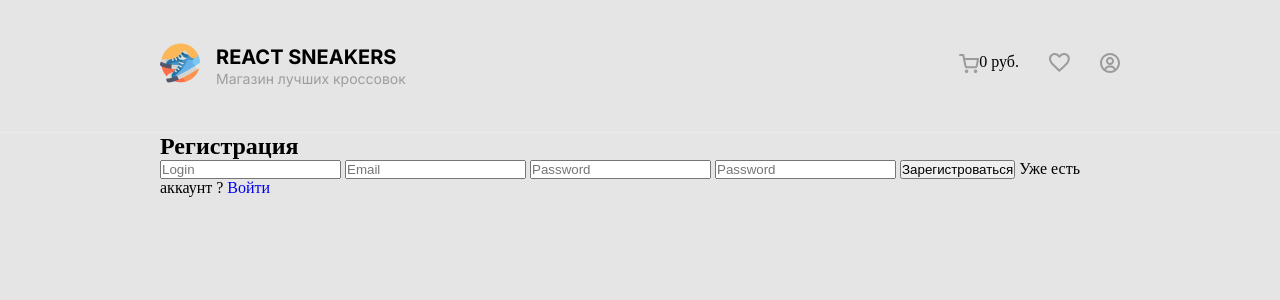
Repository: maxbirimkulov/sneakers20
Page: src/pages/register.html
An editor plug-in stored every save of this project. The page is shown before and after the next save, followed by the edit.
The browser window is 1280 px wide. The pictures show the whole page.
The style sheet was rebuilt from its Sass, Less or Tailwind sources for each picture, by a compiler version that may differ from the author's.

Above is the page before, as saved 2022-11-12 20:40:15.

### src/pages/register.html
<!DOCTYPE html>
<html lang="en">
  <head>
    <meta charset="UTF-8" />
    <meta
      name="viewport"
      content="width=device-width, user-scalable=no, initial-scale=1.0, maximum-scale=1.0, minimum-scale=1.0"
    />
    <meta http-equiv="X-UA-Compatible" content="ie=edge" />
    <title>Document</title>
    <link rel="stylesheet" href="../css/style.css" />
  </head>
  <body>
    <div class="floor">
      <header class="header">
        <div class="container">
          <nav class="header__nav">
            <div class="header__logo">
              <img
                src="../images/mainLogo.png"
                alt="Logo"
                class="header__logo-img"
              />
              <div class="header__logo-text">
                <h1 class="header__logo-title">
                  <a href="../../index.html" class="header__logo-title-link"
                    >react sneakers</a
                  >
                </h1>
                <p class="header__logo-subtitle">
                  <a href="../../index.html" class="header__logo-subtitle"
                    >Магазин лучших кроссовок</a
                  >
                </p>
              </div>
            </div>
            <div class="header__links">
              <p class="header__links-basket">
                <span class="header__links-basket-logo"
                  ><svg
                    width="20"
                    height="20"
                    viewBox="0 0 20 20"
                    fill="none"
                    xmlns="http://www.w3.org/2000/svg"
                  >
                    <path
                      d="M7.54548 18.1818C7.99735 18.1818 8.36366 17.8155 8.36366 17.3636C8.36366 16.9118 7.99735 16.5455 7.54548 16.5455C7.09361 16.5455 6.72729 16.9118 6.72729 17.3636C6.72729 17.8155 7.09361 18.1818 7.54548 18.1818Z"
                      stroke="#9B9B9B"
                      stroke-width="2"
                      stroke-linecap="round"
                      stroke-linejoin="round"
                    />
                    <path
                      d="M16.5455 18.1818C16.9973 18.1818 17.3637 17.8155 17.3637 17.3636C17.3637 16.9118 16.9973 16.5455 16.5455 16.5455C16.0936 16.5455 15.7273 16.9118 15.7273 17.3636C15.7273 17.8155 16.0936 18.1818 16.5455 18.1818Z"
                      stroke="#9B9B9B"
                      stroke-width="2"
                      stroke-linecap="round"
                      stroke-linejoin="round"
                    />
                    <path
                      d="M1 1H4.27273L6.46545 11.9555C6.54027 12.3321 6.7452 12.6705 7.04436 12.9113C7.34351 13.1522 7.71784 13.2801 8.10182 13.2727H16.0545C16.4385 13.2801 16.8129 13.1522 17.112 12.9113C17.4112 12.6705 17.6161 12.3321 17.6909 11.9555L19 5.09091H5.09091"
                      stroke="#9B9B9B"
                      stroke-width="2"
                      stroke-linecap="round"
                      stroke-linejoin="round"
                    />
                  </svg>
                </span>
              </p>

              <p class="header__links-basket-text">
                <span class="total">0</span> руб.
              </p>
              <a
                href="./src/pages/favorites.html"
                class="header__links-favorites"
                ><span class="header__links-favorites-logo"
                  ><svg
                    width="21"
                    height="19"
                    viewBox="0 0 21 19"
                    fill="none"
                    xmlns="http://www.w3.org/2000/svg"
                  >
                    <path
                      d="M15.1003 0C16.7293 0 18.0976 0.54932 19.2052 1.64796C20.3129 2.7466 20.8668 4.08759 20.8668 5.67092C20.8668 6.44643 20.7039 7.23002 20.3781 8.02169C20.0523 8.81335 19.6939 9.51616 19.303 10.1301C18.912 10.744 18.2523 11.5357 17.3238 12.5051C16.3953 13.4745 15.6134 14.2581 14.9781 14.8559C14.3428 15.4537 13.3248 16.3665 11.9239 17.5944L10.4089 18.9515L8.89403 17.6429C7.52572 16.3827 6.51577 15.4537 5.8642 14.8559C5.21262 14.2581 4.42258 13.4745 3.49408 12.5051C2.56559 11.5357 1.90586 10.744 1.51492 10.1301C1.12397 9.51616 0.773748 8.81335 0.464249 8.02169C0.15475 7.23002 0 6.44643 0 5.67092C0 4.08759 0.553841 2.7466 1.66152 1.64796C2.7692 0.54932 4.12123 0 5.71759 0C7.60717 0 9.17095 0.727041 10.4089 2.18112C11.6469 0.727041 13.2107 0 15.1003 0ZM10.5067 16.0918C12.1031 14.6701 13.2677 13.6118 14.0008 12.9171C14.7338 12.2224 15.5401 11.3903 16.4198 10.4209C17.2994 9.45153 17.9102 8.60332 18.2523 7.87628C18.5944 7.14924 18.7654 6.41412 18.7654 5.67092C18.7654 4.63691 18.4152 3.78061 17.7148 3.10204C17.0143 2.42347 16.1428 2.08418 15.1003 2.08418C14.3184 2.08418 13.5772 2.31037 12.8768 2.76276C12.1764 3.21514 11.6795 3.79677 11.3863 4.50765H9.43158C9.17095 3.79677 8.69041 3.21514 7.98997 2.76276C7.28952 2.31037 6.53206 2.08418 5.71759 2.08418C4.67507 2.08418 3.81173 2.42347 3.12757 3.10204C2.44342 3.78061 2.10134 4.63691 2.10134 5.67092C2.10134 6.41412 2.26423 7.14924 2.59002 7.87628C2.91581 8.60332 3.52666 9.45153 4.42258 10.4209C5.3185 11.3903 6.13297 12.2224 6.866 12.9171C7.59902 13.6118 8.74743 14.6701 10.3112 16.0918L10.4089 16.1888L10.5067 16.0918Z"
                      fill="#9B9B9B"
                    />
                  </svg> </span
              ></a>
              <a href="" class="header__links-user"
                ><span class="header__links-user-logo"
                  ><svg
                    width="20"
                    height="20"
                    viewBox="0 0 20 20"
                    fill="none"
                    xmlns="http://www.w3.org/2000/svg"
                  >
                    <path
                      fill-rule="evenodd"
                      clip-rule="evenodd"
                      d="M0 10C0 4.579 4.579 0 10 0C15.421 0 20 4.579 20 10C20 13.19 18.408 16.078 16 17.924V18H15.898C14.23 19.245 12.187 20 10 20C7.813 20 5.77 19.245 4.102 18H4V17.924C1.592 16.078 0 13.189 0 10ZM7.12347 15.236C6.59154 15.6639 6.22136 16.2604 6.074 16.927C7.242 17.604 8.584 18 10 18C11.416 18 12.758 17.604 13.926 16.927C13.7785 16.2605 13.4082 15.6641 12.8764 15.2362C12.3445 14.8083 11.6827 14.5744 11 14.573H9C8.3173 14.5742 7.6554 14.808 7.12347 15.236ZM13.7677 13.4117C14.5877 13.9574 15.2286 14.7329 15.61 15.641C17.077 14.182 18 12.176 18 10C18 5.663 14.337 2 10 2C5.663 2 2 5.663 2 10C2 12.176 2.923 14.182 4.39 15.641C4.77144 14.7329 5.41227 13.9574 6.23227 13.4117C7.05227 12.866 8.01501 12.5742 9 12.573H11C11.985 12.5742 12.9477 12.866 13.7677 13.4117ZM6 8C6 5.72 7.72 4 10 4C12.28 4 14 5.72 14 8C14 10.28 12.28 12 10 12C7.72 12 6 10.28 6 8ZM8 8C8 9.178 8.822 10 10 10C11.178 10 12 9.178 12 8C12 6.822 11.178 6 10 6C8.822 6 8 6.822 8 8Z"
                      fill="#9B9B9B"
                    />
                  </svg> </span
              ></a>
            </div>
          </nav>
        </div>
      </header>
      <div class="container">
        <form class="register">
          <h2 class="register__title">Регистрация</h2>
          <input class="register__input" type="text" placeholder="Login" />
          <input class="register__input" type="email" placeholder="Email" />
          <input
            class="register__input"
            type="password"
            placeholder="Password"
          />
          <input
            class="register__input"
            type="password"
            placeholder="Password"
          />
          <button type="submit" class="register__btn">Зарегистроваться</button>
          <span>Уже есть аккаунт ? <a href="./login.html">Войти</a></span>
        </form>
      </div>
    </div>

    <script type="module" src="../js/register.js"></script>
  </body>
</html>

### src/js/register.js
import {changeUser, getUserFromLocalStorage} from './user.js'

getUserFromLocalStorage()


let formRegister = document.querySelector('.register')
formRegister.addEventListener('submit', (e) =>{
    e.preventDefault()

    let userData = {
        login:e.target[0].value,
        email:e.target[1].value,
        password:e.target[2].value
    }

    fetch('http://localhost:8080/register', {
        method: "POST",
        headers: {
            'Content-Type':  'application/json'
        },
        body: JSON.stringify(userData)
    }).then((res) => res.json())
        .then((res) => {
            changeUser({
                ...res.user,
                token: res.accessToken
            })
        })
        .catch((err) => console.log(err))

})

### src/js/user.js



export let user = {
    login : "",
    email : ""
}

export const getUserFromLocalStorage = () => {
    if (localStorage.getItem('user') !== null){
        user = JSON.parse(localStorage.getItem('user'))
    }
}


export const changeUser = (data) => {
    user = {...data}
    localStorage.setItem('user', JSON.stringify(user))
    location.href = 'http://localhost:63342/new%20project/index.html'
}

### src/css/style.scss
@import url('https://fonts.googleapis.com/css2?family=DM+Sans:wght@700&family=Inter:wght@400;500;600;700&display=swap');

* {
  margin: 0;
  padding: 0;
  box-sizing: border-box;
  text-decoration: none;
  list-style-type: none;
  transition: 0.3s;
}
.container {
  max-width: 1050px;
  padding: 0 45px;
  margin: 0 auto;
}
$int: 'inter', sans-serif;

@mixin text($ff, $fs, $fw, $fz, $lh, $col) {
  font-family: $ff;
  font-style: $fs;
  font-weight: $fw;
  font-size: $fz;
  @if $lh > 0 {
    line-height: $lh;
  }
  color: $col;
}
body,
.floor {
  background-color: #e5e5e5;
}
@import '_header.scss';
@import '_main.scss';
@import '_assort.scss';
@import '_basketPopup.scss';
@import '_card.scss';
@import '_basket.scss';
@import '_favorites.scss';
@import '_basketNone.scss';
@import '_register';

### src/css/_header.scss
.header {
  padding: 43px 0 45px;
  &__nav {
    display: flex;
    justify-content: space-between;
    align-items: center;
  }
  &__logo {
    display: flex;
    &-img {
      width: 40px;
      height: 40px;
    }
    &-text {
      margin-left: 16px;
    }
    &-title {
      &-link {
        @include text($int, normal, 700px, 20px, 0, #000000);
        text-transform: uppercase;
      }
    }
    &-subtitle {
      @include text($int, normal, 400, 14px, 0, #9d9d9d);
    }
  }
  &__links {
    display: flex;
    &-basket {
      display: flex;
      gap: 6px;
      align-items: center;
      @include text($int, normal, 600, 14px, 0, #5c5c5c);
      margin-left: 10px;
      cursor: pointer;
    }
    &-favorites {
      margin: 0 30px;
    }
  }
  border-bottom: 1px solid #eaeaea;
}

### src/css/_main.scss
.swiper {
  width: 100%;
  height: 100%;
}

.swiper-slide {
  display: -webkit-box;
  display: -ms-flexbox;
  display: -webkit-flex;
  display: flex;
  -webkit-box-pack: center;
  -ms-flex-pack: center;
  -webkit-justify-content: center;
  justify-content: center;
  -webkit-box-align: center;
  -ms-flex-align: center;
  -webkit-align-items: center;
  align-items: center;
}

.swiper__icon{
  &-next{
    background-color: white;
    border-radius: 50%;
    cursor: pointer;
    position: absolute;
    right: 0;
    top: 50%;
    transform: translateY(-50%),;
    z-index: 2;
    padding: 8px 14px;
    display: flex;
    justify-content: center;
    align-items: center;
    transition: 0.2s;
    -webkit-box-shadow: 0px 0px 11px 5px rgba(0, 0, 0, 0.01);
    -moz-box-shadow: 0px 0px 11px 5px rgba(0, 0, 0, 0.01);
    box-shadow: 0px 0px 11px 5px rgba(0, 0, 0, 0.01);
    &:hover{
      transition: 0.2s;
      -webkit-box-shadow: 0px 0px 11px 5px rgba(0, 0, 0, 0.07);
      -moz-box-shadow: 0px 0px 11px 5px rgba(0, 0, 0, 0.07);
      box-shadow: 0px 0px 11px 5px rgba(0, 0, 0, 0.07);
    }
  }
  &-prev{
    background-color: white;
    border-radius: 50%;
    position: absolute;
    left: 0;
    top: 50%;
    cursor: pointer;
    transform:translateY(-50%) rotate(180deg);
    z-index: 2;
    padding: 8px 14px;
    display: flex;
    justify-content: center;
    align-items: center;
    transition: 0.2s;
    -webkit-box-shadow: 0px 0px 11px 5px rgba(0, 0, 0, 0.01);
    -moz-box-shadow: 0px 0px 11px 5px rgba(0, 0, 0, 0.01);
    box-shadow: 0px 0px 11px 5px rgba(0, 0, 0, 0.01);
    &:hover{
      transition: 0.2s;
      -webkit-box-shadow: 0px 0px 11px 5px rgba(0, 0, 0, 0.07);
      -moz-box-shadow: 0px 0px 11px 5px rgba(0, 0, 0, 0.07);
      box-shadow: 0px 0px 11px 5px rgba(0, 0, 0, 0.07);
    }
  }
}

.main{
  &__swipe{
    &-block{
      background-color: #F4EFE9;
      border-radius: 20px;
      max-height: 300px;
      display: flex;
      align-items: center;
      justify-content: space-between;
      width: 100%;
    }
    &-box{
      position: relative;
      padding: 16px 0 20px 51px;
      min-height: 300px;
      &-scn{
        margin: 0;
        padding: 0;
        max-width: 641.18px;
      }
      &-desc{
        @include text($int,normal,700,38px,46px,#8BB43C);
        margin: 32px 17.45px 10.45px 35px;
        &-black{
          color: black;
        }
      }
      &-btn{
        position: absolute;
        padding: 14px 60px;
        border-radius: 110px;
        @include text($int,normal,700px,16px, 0, white);
        text-transform: uppercase;
        background-color: #A5D364;
        bottom: 45px;
        left: 27%;
        transform: translate(-50%, -50);
        transition: 0.2s;
        &:hover{
          transition: 0.2s;
          transform: scale(1.1);
        }
      }
      &-img{
        width: 100%;
      }
    }
  }
}

### src/css/_assort.scss
.main__assort {
  &-topContent {
    display: flex;
    flex-wrap: wrap;
    justify-content: space-between;
    padding: 37px 0 36px;
    width: 100%;
  }
  &-filter {
    display: flex;
    justify-content: space-between;
    align-items: center;
    gap: 10px;
  }
  &-select {
    background: transparent;
    border: 1px solid #bdbdbd;
    border-radius: 8px;
    padding: 0 10px;
    height: 40px;
  }
  &-form {
    margin: 15px 0 0;
    display: flex;
    align-items: center;
    position: relative;
    &-input {
      border-radius: 10px;
      border: 1px solid #bdbdbd;
      outline: none;
      padding: 13px 40px 15px 46px;
      max-width: 250px;
      &::-webkit-input-placeholder {
        color: #c4c4c4;
      }
      &::-moz-placeholder {
        color: #c4c4c4;
      }
      &:-ms-input-placeholder {
        color: #c4c4c4;
      }
      &::-ms-input-placeholder {
        color: #c4c4c4;
      }
      &::placeholder {
        color: #c4c4c4;
      }
      &::-webkit-search-cancel-button {
        position: absolute;
        right: 18px;
        cursor: pointer;
        color: #5c5c5c;
      }
    }
    &-icon {
      position: absolute;
      left: 18px;
      top: 50%;
      transform: translateY(-50%);
    }
  }
  &-title {
    @include text($int, normal, 700, 32px, 0, black);
  }
  &-mainContent {
    min-height: 700px;
    position: relative;
    display: flex;
    justify-content: center;
    align-items: center;
    flex-wrap: wrap;
    gap: 40px;
    &-shoes {
      border: 1px solid #bdbdbd;
      border-radius: 40px;
      padding: 20px 29px 34px 30px;
      max-width: 210px;
    }
    &-favorites {
      display: inline-block;
      position: absolute;
      border: 1px solid #f8f8f8;
      border-radius: 7px;
      padding: 9.6px 9.07px 3.59px;
      cursor: pointer;
      &:hover {
        transform: scale(1.13);
        background-color: rgba(253, 239, 239, 0.87);
        transition: 0.2s;
      }
      &-active {
        display: none;
        position: absolute;
        background-color: #fef0f0;
        border: 1px solid transparent;
        border-radius: 7px;
        padding: 9.6px 9.07px 3.59px;
        cursor: pointer;
      }
    }
    &-product {
      &-desc {
        @include text($int, normal, 400, 14px, 17px, black);
      }
      &-pricesDesc {
        margin-top: 14px;
        display: flex;
        justify-content: space-between;
        align-items: center;
        &-price {
          @include text($int, normal, 500, 11px, 13px, #bdbdbd);
          text-transform: uppercase;
        }
        &-cost {
          @include text($int, normal, 700, 14px, 17px, black);
        }
        &-addBask {
          cursor: pointer;
          display: inline-block;
          padding: 5.33px 8.33px;
          border: 1px solid #f2f2f2;
          border-radius: 8px;
          transition: 0.2s;
          &:hover {
            transform: scale(1.13);
            background-color: rgba(253, 239, 239, 0.87);
            transition: 0.2s;
          }
          &-active {
            cursor: pointer;
            max-height: 32px;
            max-width: 32px;
            padding: 5.33px 8.33px;
            border: 1px solid white;
            border-radius: 8px;
            background: linear-gradient(180deg, #89f09c 0%, #3cc755 100%);
            transition: 0.2s;
            &:hover {
              transform: scale(1.13);
              transition: 0.2s;
            }
          }
        }
      }
    }
  }
}

### src/css/_basketPopup.scss
.basket {
  transform: translateX(100%);
  background: rgba(0, 00, 000, 0.4);
  height: 100vh;
  width: 100vw;
  z-index: 100;
  position: fixed;
  left: 0;
  top: 0;
  bottom: 0;
  &__cards {
    margin-top: 20px;
    max-height: 400px;
    overflow-y:  scroll;
    display: flex;
    gap: 20px;
    flex-wrap: wrap;
  }

  &__card {
    position: relative;  width: 100%;  height: 120px;  padding: 0 30px;    background: #FFFFFF;  border: 1px solid #F3F3F3;  border-radius: 20px;  &:hover {
    box-shadow: 0px 14px 30px 0px rgba(0, 0, 0, 0.05);  }
    &-img {
      position: absolute;    left: 20px;    top: 50%;    transform: translateY(-50%);    max-width: 80px;  }
    &__name {
      position: absolute;    width: 133px;    height: 36px;    overflow: hidden;    left: 120px;    top: 30px;    font-family: 'Inter', sans-serif;    font-style: normal;    font-weight: 400;    font-size: 14px;    line-height: 17px;    color: #000000;  }
    &__sum {
      position: absolute;    left: 120px;    bottom: 30px;    font-family: 'Inter', sans-serif;    font-style: normal;    font-weight: 700;    font-size: 14px;color: #000000;  }
    &__X {
      position: absolute;    right: 20px;    top: 50%;    transform: translateY(-50%);    max-width: 70px;    cursor: pointer;  }
  }
  &.show {
    transform: translateX(0%);
  }
  &__content {
    display: flex;
    flex-direction: column;
    justify-content: space-between;
    background: #fff;
    position: fixed;
    padding: 30px;
    height: 100vh;
    width: 385px;
    top: 0;
    right: 0;
  }
  &__title {
    @include text($int, normal, 700, 24px, 29px, #000000);
  }
  &__text {
    display: flex;
    justify-content: space-between;
    margin-bottom: 19px;
    &:last-of-type {
      margin-bottom: 24px;
    }
    &-desc {
      @include text($int, normal, 400, 16px, 19px, #000000);
    }
    &-sum {
      @include text($int, normal, 600, 16px, 19px, #000000);
    }
  }
  &__btn {
    @include text($int, normal, 600, 16px, 19px, #fff);
    padding: 12px 0;
    background: #9dd558;
    border-radius: 18px;
    border: 1px solid #9dd558;
    width: 100%;
  }
}

.name {
  font-size: 30px;
  color: red;
  text-align: center;
}

### src/css/_card.scss
.info {
  background: antiquewhite;
  padding: 40px 0;
  &__block {
    display: flex;
    flex-wrap: wrap;
    -moz-column-gap: 40px;
         column-gap: 40px;
    row-gap: 40px;
  }
  &__card {
    width: calc(25% - 30px);
    background: #ffffff;
    border: 1px solid #f3f3f3;
    border-radius: 40px;
    padding: 20px 40px;
    cursor: pointer;
    transition: 0.2s;
    &:hover {
      background: #ffffff;
      border: 1px solid #f8f8f8;
      box-shadow: 0 14px 30px rgba(0, 0, 0, 0.05);
      border-radius: 40px;
      transition: 0.2s;
      transform: scale(1.05);
    }
  }
  &__desc {
    @include text($int, normal, 400, 14px, 17px, #000);
    margin: 14px 0;
  }
  &__bottom {
    display: flex;
    justify-content: space-between;
  }
  &__sel {
    @include text($int, normal, 500, 11px, 13px, #bdbdbd);
    text-transform: uppercase;
  }
  &__sum {
    @include text($int, normal, 700, 14px, 17px, #000);
  }
}

### src/css/_basket.scss
.basket__main{
  &-topContent{
    padding: 42px 0 40px;
    &-nav{
      display: flex;
      align-items: center;
      gap: 21px;
    }
    &-title{
      @include text($int, normal, 700, 32px, 0, black)
    }
    &-link{
      padding: 8px 14px;
      max-width: 35px;
      max-height: 35px;
      display: flex;
      justify-content: center;
      align-items: center;
      border: 1px solid #F2F2F2;
      border-radius: 8px;
    }
  }
  &-mainContent{
    &-assort{
      display: flex;
      flex-wrap: wrap;
      gap: 40px;
    }
  }
}

### src/css/_favorites.scss
.main__assort-mainContent-favorites{
  &-off{
    display: none;
  }
  &-on{
    display: inline-block;
  }
}

### src/css/_basketNone.scss
.basketNone__main {
  display: flex;
  justify-content: center;
  align-items: center;
  padding: 240px 0;
  &-none {
    display: flex;
    flex-wrap: wrap;
    justify-content: center;
    align-items: center;
    max-width: 280px;
    &-text{
      text-align: center;
    }
    &-title {
      margin-top: 24px;
      text-align: center;
      @include text($int, normal, 600, 24px, 0, black);
    }

    &-desc {
      text-align: center;
      margin: 11px 0 41px;
      @include text($int, normal, 400, 16px, 24px, black);
    }

    &-link {
      padding: 17px 40px 19px;
      background-color: #9DD458;
      border-radius: 18px;
      @include text($int, normal, 400, 16px, 0, white);

      &-icon {
        margin-right: 17px;

      }
    }
  }
}

Loaded but not shown: src/css/_register.scss (no stored copy; drawn as an empty file)

After the next save:
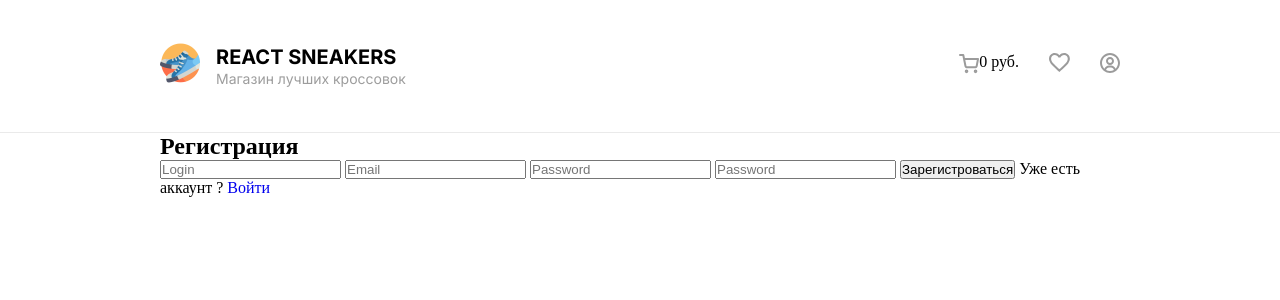
Saved 6 s later.
--- a/src/css/style.scss
+++ b/src/css/style.scss
@@ -27,7 +27,7 @@ $int: 'inter', sans-serif;
 }
 body,
 .floor {
-  background-color: #e5e5e5;
+  background-color: #fff;
 }
 @import '_header.scss';
 @import '_main.scss';
